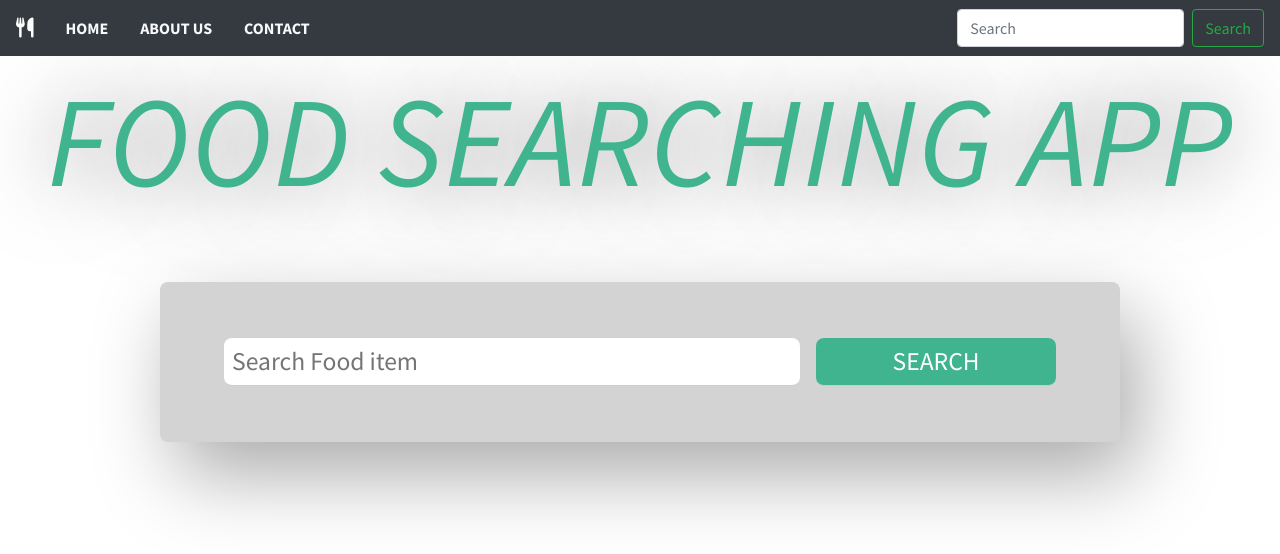
Repository: priyavmehta/React-Food-Recipe-App
Page: /
The author's editor kept a copy of each file at every save. The page is drawn from the files as they stood at one save, then again after the next save.
The browser window is 1280 px wide. The pictures show the whole page.
Some web libraries are served in a nearby version. The project was rebuilt for these pictures with package versions that can differ from the ones it lists, and the page was loaded fresh each time. Also part of the build but not shown: src/Components/RecipeDetails.js, src/Components/Recipe.js, src/Components/Alert.js.

Above is the page before, as saved 2020-07-11 22:37:35.

### public/index.html
<!DOCTYPE html>
<html lang="en">
  <head>
    <meta charset="utf-8" />
    <link rel="icon" href="%PUBLIC_URL%/favicon.ico" />
    <meta name="viewport" content="width=device-width, initial-scale=1" />
    <meta name="theme-color" content="#000000" />
    <meta
      name="description"
      content="Web site created using create-react-app"
    />
    <link rel="apple-touch-icon" href="%PUBLIC_URL%/logo192.png" />
    <link rel="manifest" href="%PUBLIC_URL%/manifest.json" />

    <script src="https://kit.fontawesome.com/c3f9cf1e2c.js" crossorigin="anonymous"></script>

    <link rel="stylesheet" href="https://stackpath.bootstrapcdn.com/bootstrap/4.3.1/css/bootstrap.min.css" integrity="sha384-ggOyR0iXCbMQv3Xipma34MD+dH/1fQ784/j6cY/iJTQUOhcWr7x9JvoRxT2MZw1T" crossorigin="anonymous">
    <script src="https://code.jquery.com/jquery-3.3.1.slim.min.js" integrity="sha384-q8i/X+965DzO0rT7abK41JStQIAqVgRVzpbzo5smXKp4YfRvH+8abtTE1Pi6jizo" crossorigin="anonymous"></script>
<script src="https://cdnjs.cloudflare.com/ajax/libs/popper.js/1.14.7/umd/popper.min.js" integrity="sha384-UO2eT0CpHqdSJQ6hJty5KVphtPhzWj9WO1clHTMGa3JDZwrnQq4sF86dIHNDz0W1" crossorigin="anonymous"></script>
<script src="https://stackpath.bootstrapcdn.com/bootstrap/4.3.1/js/bootstrap.min.js" integrity="sha384-JjSmVgyd0p3pXB1rRibZUAYoIIy6OrQ6VrjIEaFf/nJGzIxFDsf4x0xIM+B07jRM" crossorigin="anonymous"></script>

    <title>Food App</title>
  </head>
  <body>
    <noscript>You need to enable JavaScript to run this app.</noscript>
    <div id="root"></div>
    <!--
      This HTML file is a template.
      If you open it directly in the browser, you will see an empty page.

      You can add webfonts, meta tags, or analytics to this file.
      The build step will place the bundled scripts into the <body> tag.

      To begin the development, run `npm start` or `yarn start`.
      To create a production bundle, use `npm run build` or `yarn build`.
    -->
  </body>
</html>

### src/App.js
import React, { useState } from 'react';
import './App.css';
import RecipeState from './context/recipe/RecipeState';
import Search from './Components/Search';
import { BrowserRouter as Router, Switch, Route } from 'react-router-dom'
import Navbar from './Components/Navbar';

const App = () => {

  return (
    <RecipeState>
      <Router>
      <Navbar />
        <div className="App">

          <Search/>
        </div>
      </Router>
    </RecipeState>
  );
}

export default App;

### src/App.css
@import url("https://fonts.googleapis.com/css?family=Source+Sans+Pro:300,300i,400,400i,600,600i,700&display=swap");

* {
  font-family: "Source Sans Pro", sans-serif;
  margin: 0;
  padding: 0;
  text-decoration: none;
  list-style-type: none;
  outline: none;
}

.App {
  display: flex;
  flex-direction: column;
  align-items: center;
}

h1 {
  font-size: 8rem;
  letter-spacing: 0.1rem;
  font-style: italic;
  color: #40b48e;
  text-shadow: 0 0.2rem 5rem rgb(119, 115, 115);
  text-transform: uppercase;
  margin: 4rem 0;
}

.search-form {
  width: 60rem;
  height: 10rem;
  display: flex;
  justify-content: center;
  align-items: center;
  background-color: #d3d3d3;
  border-radius: 0.5rem;
  margin-bottom: 5rem;
  box-shadow: 1rem 2rem 5rem #aaa;
  position: relative;
}

.alert {
  /*position: absolute;*/
  top: -3rem;
  left: 0;
  background-color: rgb(233, 72, 72);
  width: calc(100% - 0.4rem);
  border-radius: 0.5rem;
  padding: 0.2rem;
}

.alert h3 {
  font-size: 1.8rem;
  color: #fff;
  font-weight: 400;
  text-transform: uppercase;
  text-align: center;
}

.search-form input {
  font-size: 1.6rem;
  border: none;
  border-bottom: 0.1rem solid #ccc;
  margin: 0 0.5rem;
  border-radius: 0.5rem;
  height: 3rem;
}

.search-form input[type="text"] {
  padding: 0 0.5rem;
  width: 60%;
  color: #555;
}

.search-form input[type="submit"] {
  width: 25%;
  text-transform: uppercase;
  background-color: #40b48e;
  color: #fff;
}

.recipes {
  width: 90%;
  display: flex;
  align-items: center;
  flex-wrap: wrap;
  justify-content: center;
  align-items: flex-start;
}

.recipe {
  width: 30rem;
  margin: 3rem;
  display: flex;
  flex-direction: column;
  background-color: #d3d3d3;
  padding: 2rem;
  position: relative;
  border-radius: 0.5rem;
  box-shadow: 2rem 3rem 5rem #aaa;
}

.recipe h2 {
  background-color: rgba(161, 161, 161, 0.7);
  border-radius: 0.5rem;
  padding: 0.3rem 0.5rem;
  position: absolute;
  top: 2.5rem;
  left: 2.5rem;
  right: 2.5rem;
  font-size: 2.5rem;
  font-weight: 400;
  text-shadow: 0 0.5rem 0.5rem #555;
  color: #fff;
}

.recipe img {
  border-radius: 0.5rem;
  object-fit: cover;
}

.recipe a {
  font-size: 1.8rem;
  color: #40b48e;
}

/* .recipe button {
  font-size: 2rem;
  text-transform: uppercase;
  color: #fff;
  background-color: #40b48e;
  border: none;
  border-radius: 0.5rem;
  height: 3rem;
} */

.ingredient-list {
  margin-top: 1rem;
  background-color: #f0f0f0;
  border-radius: 0.5rem;
  padding: 0.5rem;
}

.ingredient-list li {
  margin: 0.5rem 0;
}

.ingredient-text {
  font-size: 1.5rem;
  color: #888;
}

.ingredient-weight {
  color: #40b48e;
  font-size: 1.3rem;
}

.fas {
  color: white;
}

/* .navbar {
  display: flex; */
  /*justify-content: space-between;
  align-items: center;
  padding: 0.7rem 2rem;
  z-index: 1;
  width: 100%;
  opacity: 0.9;
  margin-bottom: 1rem;
}

.navbar ul {
  display: flex;

}

.navbar a {
  color: #fff;
  padding: 0.45rem;
  margin: 0 0.25rem;
  background-color: black;
}

.navbar a:hover {
  color: var(--light-color);
}

.navbar .welcome span {
  margin-right: 0.6rem;
}


.bg-primary {
  background: var(--primary-color);
  color: #fff;
} */

### src/context/recipe/RecipeState.js
import React, { useReducer, useState, useEffect } from 'react'
import recipeContext from './recipeContext'
import recipeReducer from './recipeReducer';
import axios from 'axios'
import {SEARCH_RECIPE, SET_ALERT, REMOVE_ALERT, SET_HOME_PAGE} from '../types'

const RecipeState = (props) => {

    const initialState = {

        recipes : [],
        alert : ""
    };

    const home_recipes = []

    const [state, dispatch] = useReducer(recipeReducer, initialState);

    const YOUR_APP_ID = 'a232e31f';
    const YOUR_APP_KEY = 'd3cfbfb089b421a6f5135d309faa2604';

    // useEffect(async () => {
    //     const dosa = await axios.get(`https://api.edamam.com/search?q=dosa&app_id=${YOUR_APP_ID}&app_key=${YOUR_APP_KEY}`)
    //     const dosa_results = dosa.data.hits;
    //     home_recipes.push(dosa_results[5])
    //     home_recipes.push(dosa_results[9])

    //     const data = await axios.get(`https://api.edamam.com/search?q=pav&app_id=${YOUR_APP_ID}&app_key=${YOUR_APP_KEY}`)
    //     const results = data.data.hits;
    //     home_recipes.push(results[0])
    //     home_recipes.push(results[1])

    //     dispatch({type : SET_HOME_PAGE, payload : home_recipes})
    //     console.log("All Done")
    //     console.log(state.recipes)
    // }, [])

    const getData = async (text) => {
        if (text !== ''){
            const url = `https://api.edamam.com/search?q=${text}&app_id=${YOUR_APP_ID}&app_key=${YOUR_APP_KEY}`
            const data = await axios.get(url);
            if (!data.data.more){
                return (
                    dispatch({type : SET_ALERT, payload : "Such a food item is not available.."}),
                    setTimeout (() => dispatch({ type : REMOVE_ALERT }), 5000)
                )
            }
            dispatch({type: SEARCH_RECIPE, payload: data.data.hits})
            console.log(state.recipes)
        } else {
            dispatch ({type : SET_ALERT, payload: "Please enter something"})
            setTimeout (() => dispatch({ type : REMOVE_ALERT }), 5000)
        }

    }

    const getIndian = async () => {

    }

    return <recipeContext.Provider value = {{
            getData,
            recipes: state.recipes,
            alert : state.alert
        }
    }
    >
        {props.children}
    </recipeContext.Provider>
}

export default RecipeState

### src/Components/Search.js
import React, {Fragment, useContext, useState} from 'react'
import recipeContext from '../context/recipe/recipeContext'
import Recipe from './Recipe'
import Alert from './Alert'

const Search = () => {

    const [query, setQuery] = useState("")

    const RecipeContext = useContext(recipeContext)
    const {getData, recipes, alert} = RecipeContext

    const changeQuery = (event) => setQuery(event.target.value)

    const onSubmitQuery = (event) => {
        event.preventDefault()
        getData(query)
        setQuery("")
    }

    return (
        <Fragment>
            <h1 >Food Searching App</h1>
            { alert !== "" && <Alert/>}
            <form className = "search-form" onSubmit = {onSubmitQuery}>
                <input type="text" placeholder = "Search Food item" autoComplete = "off" onChange = {changeQuery} value = {query} />
                <input type = "submit" value = "Search" />
            </form>
            <div className = "recipes">
                {
                    recipes !== [] && (
                        recipes.map(recipe => <Recipe recipe = {recipe}/>)
                    )
                }
            </div>
        </Fragment>
    )
}

export default Search

### src/Components/Navbar.js
import React from 'react'
import PropTypes from 'prop-types'
import { Link } from 'react-router-dom'

const Navbar = ({icon, title}) => {

    return (
        <nav className="navbar navbar-expand-md navbar-light bg-dark fixed-top">
            <a className="navbar-brand"><i className="fas fa-utensils"></i></a>
            <button type="button" className="navbar-toggler bg-light" data-toggle="collapse" data-target="#nav">
                <span className="navbar-toggler-icon"></span>
            </button>
             <div className="collapse navbar-collapse justify-content-between" id="nav">
                <ul className="navbar-nav">
                    <li className="nav-item" >
                        <a className="nav-link text-light font-weight-bold px-3" href="#">HOME</a>
                    </li>
                    <li className="nav-item">
                        <a className="nav-link text-light font-weight-bold px-3" href="#">ABOUT US</a>
                    </li>
                    <li className="nav-item">
                        <a className="nav-link text-light font-weight-bold px-3" href="#">CONTACT</a>
                    </li>
                </ul>
                <form class="form-inline">
                    <input class="form-control mr-sm-2" type="search" placeholder="Search" aria-label="Search"/>
                    <button class="btn btn-outline-success my-2 my-sm-0" type="submit">Search</button>
                </form>

            </div>

        </nav>
    )
}

Navbar.defaultProps = {
    title : "Food App",
    icon : "fab fa-github"
};

Navbar.propTypes = {
    title : PropTypes.string.isRequired,
    icon : PropTypes.string.isRequired
};

export default Navbar

### src/context/recipe/recipeContext.js
import { createContext } from 'react'

const recipeContext = createContext()

export default recipeContext

### src/context/recipe/recipeReducer.js
import {SEARCH_RECIPE, SET_ALERT, REMOVE_ALERT, SET_HOME_PAGE} from '../types'

export default (state, action) => {
    switch(action.type){
        case SET_HOME_PAGE:
            return{
                ...state,
                recipes : action.payload
            }
        case REMOVE_ALERT:
            return{
                ...state,
                alert: ""
            }
        case SET_ALERT:
            return{
                ...state,
                alert: action.payload
            }
        case SEARCH_RECIPE:
            return {
                ...state,
                recipes : action.payload,
                alert: ""
            }
        default:
            return state
    }
}

### src/context/types.js
export const SEARCH_RECIPE = "SEARCH_RECIPE";
export const CHANGE_QUERY = "CHANGE_QUERY";
export const SET_ALERT = "SET_ALERT";
export const REMOVE_ALERT = "REMOVE_ALERT";
export const SET_HOME_PAGE = "SET_HOME_PAGE";

Loaded but not shown: src/index.js (common file); src/index.css (common file); src/serviceWorker.js (common file)

After the next save:
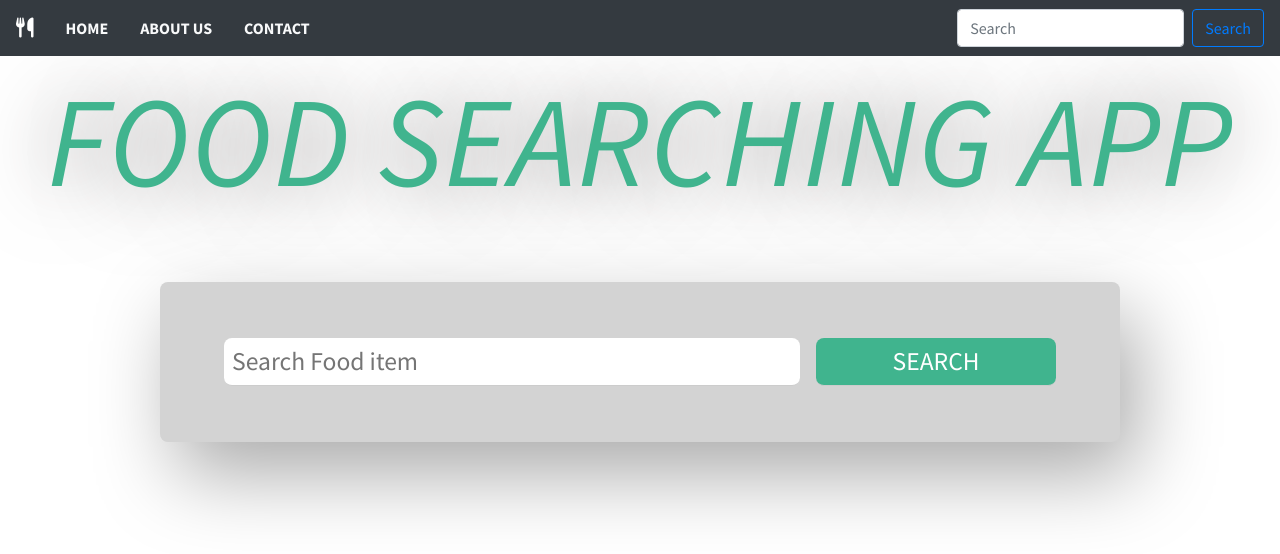
Saved 86 s later.
--- a/src/Components/Navbar.js
+++ b/src/Components/Navbar.js
@@ -24,7 +24,7 @@ const Navbar = ({icon, title}) => {
                 </ul>
                 <form class="form-inline">
                     <input class="form-control mr-sm-2" type="search" placeholder="Search" aria-label="Search"/>
-                    <button class="btn btn-outline-success my-2 my-sm-0" type="submit">Search</button>
+                    <button class="btn btn-outline-primary my-2 my-sm-0" type="submit">Search</button>
                 </form>
 
             </div>
